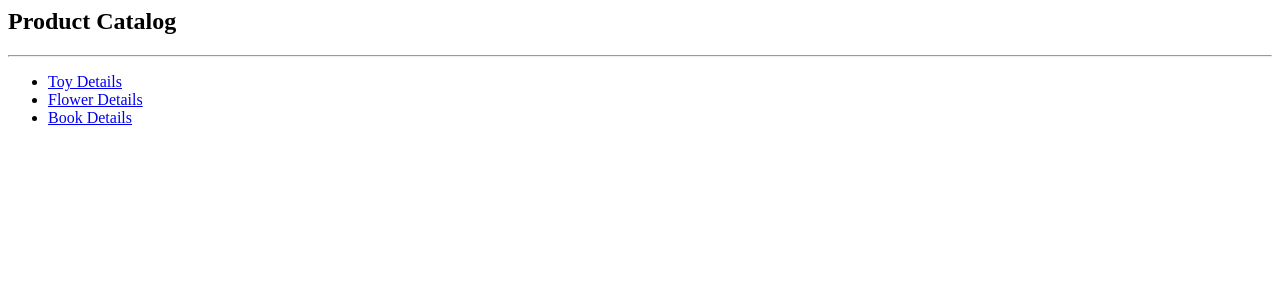
Repository: KarenViray/Training
Page: http://localhost/web.demo2b/
The author's editor kept a copy of each file at every save. The page is drawn from the files as they stood at one save, then again after the next save.
The browser window is 1280 px wide. The pictures show the whole page.
The page is served by Tomcat 9.

Above is the page before, as saved 2018-11-28 03:04:00.

After the next save:
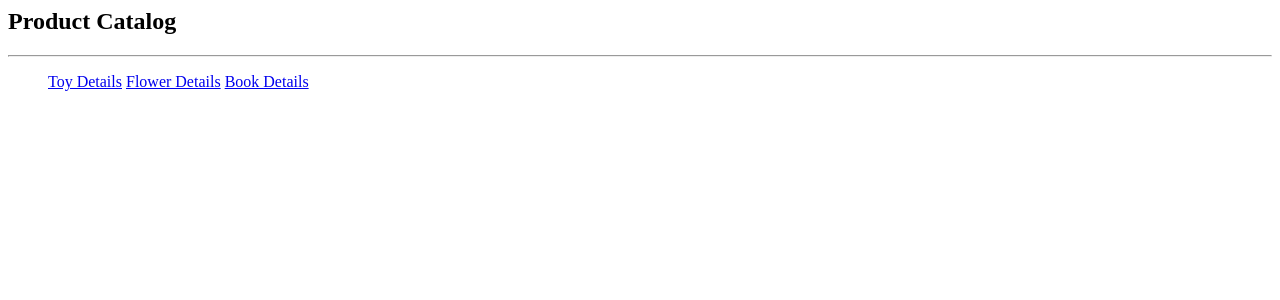
Saved 49 s later.
--- a/web.demo2b/src/main/webapp/index.jsp
+++ b/web.demo2b/src/main/webapp/index.jsp
@@ -5,9 +5,9 @@
 <body>
 	<h2>Product Catalog</h2><hr/>
 	<ul>
-	<li><a href = "./product-toys">Toy Details</a></li>
-	<li><a href = "./product-flower">Flower Details</a></li>
-	<li><a href = "./product-book">Book Details</a></li>
+	<a href = "./product-toys">Toy Details</a></li>
+	<a href = "./product-flower">Flower Details</a></li>
+	<a href = "./product-book">Book Details</a>
 	</ul>
 </body>
 </html>
